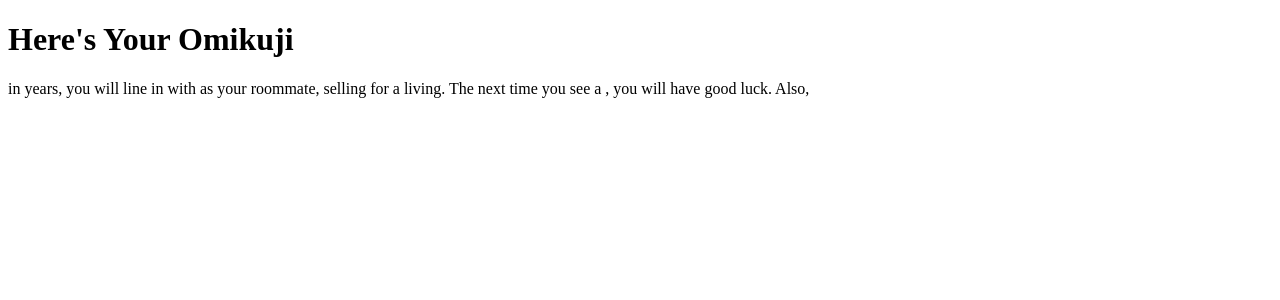
Repository: ShathaMorales/Java-Stack
Page: http://localhost/OmikujiForm/show.jsp
These files come from the project's save history. The page is drawn as it stood at one moment and after the next save; the edit follows.
The browser window is 1280 px wide. The pictures show the whole page.
The page is served by Tomcat 10. The template is opened directly, without the code that normally fills it, so the values that code supplies are empty.

Above is the page before, as saved 2023-05-06 10:11:59.

After the next save:
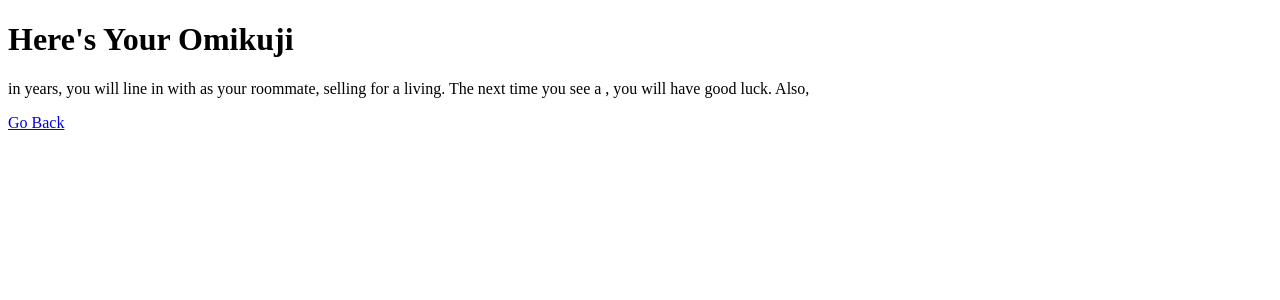
Saved 14 s later.
--- a/_java/JavaSpring/OmikujiForm/OmikujiForm/src/main/webapp/show.jsp
+++ b/_java/JavaSpring/OmikujiForm/OmikujiForm/src/main/webapp/show.jsp
@@ -11,5 +11,6 @@
 <body>
 	<h1>Here's Your Omikuji</h1>
 	<p>in <c:out value="${number}"/> years, you will line in <c:out value="${city}"/> with <c:out value="${name}"/> as your roommate, selling <c:out value="${hobby}"/> for a living. The next time you see a <c:out value="${thing}"/>, you will have good luck. Also, <c:out value="${textarea}"/></p>
+	<p><a href="/omikuji">Go Back</a></p>
 </body>
 </html>
